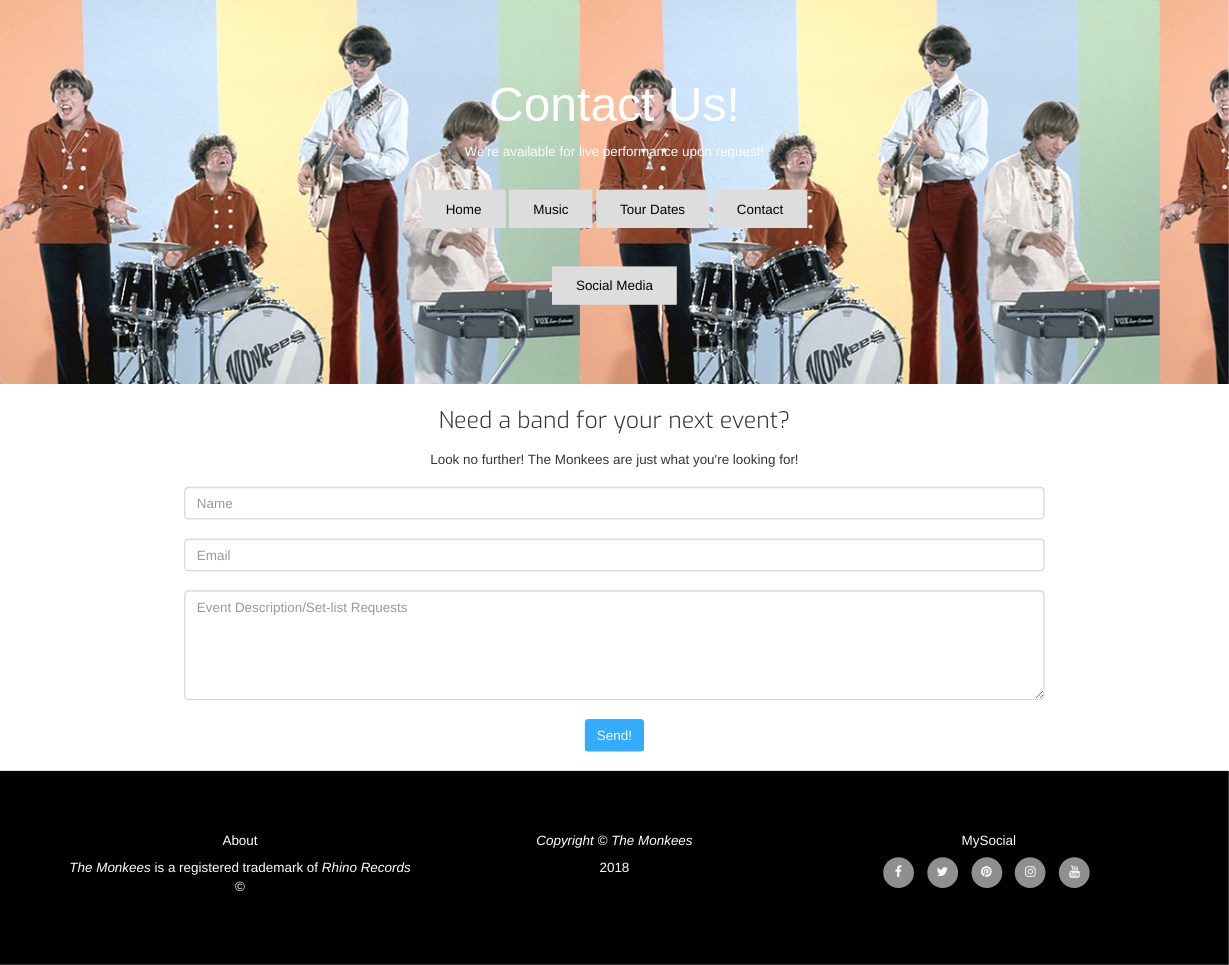
Repository: MartinCurran28/Monkees_Project
Page: Contact.html
The author's editor kept a record of every edit. The page is drawn from the files as they stood at one moment, then again after the next edit.
The browser window is 1280 px wide. The pictures show the whole page, at 96% of full size.
Some web libraries are served in a nearby version.

Above is the page before.

### Contact.html
<!DOCTYPE html>
<html>
    <head>
        <title>The Surfin' Grooves</title>
        <link rel="stylesheet" href="https://maxcdn.bootstrapcdn.com/bootstrap/3.3.7/css/bootstrap.min.css" type="text/css" />
        <link rel="stylesheet" href="https://maxcdn.bootstrapcdn.com/font-awesome/4.7.0/css/font-awesome.min.css" type="text/css" />
        <link rel="stylesheet" href="https://cdnjs.cloudflare.com/ajax/libs/hover.css/2.1.1/css/hover-min.css" type="text/css" />
        <link rel="stylesheet" href="Style.css" type="text/css" />
    </head>

<body>

  <header class="logo">
        <div class="hero-image">
          <div class="hero-text">
            <h1 style="font-size:50px">Contact Us!</h1>
              <p>We're available for live performance upon request!</p>
              <a href="Index.html">
                <button>Home</button>
              </a>
              <a href="Index.html">
                <button>Music</button>
              </a>
              <a href="Index.html">
                <button>Tour Dates</button>
              </a>
              <a href="Index.html">
                <button>Contact</button>
              </a>
              <a href="Social.html">
                  <button>Social Media</button>
              </a>
          </div>
        </div>
  </header>

  <section class="container-fluid">
        <div class="row bg-color-contact">
            <div>
                 <h3 class="contact-heading uppercase text-center">Need a band for your next event?</h3>
                 <h5 class="uppercase text-center">Look no further! The Monkees are just what you're looking for!</h5>
            </div>
            <div class="center-form">
              <form>
                <input type="text" name="name" class="form-control" id="fullname" placeholder="Name" required/>
                <input type="text" name="emailaddress" class="form-control" id="emailaddress" placeholder="Email" required/>
                <textarea rows="5" name="projectsummary" class="form-control" id="projectsummary" placeholder="Event Description/Set-list Requests" required></textarea>
                <button type="submit" class="btn btn-secondary center center-block">Send!</button>
              </form>
        </div>
      </section>
<footer>
  <div id="footer-details" class="row">
            <div class="col-sm-4">
                <h5 class="uppercase general-sub">About</h5>
                <p class="inline-block">
                     <i>The Monkees</i> is a registered trademark of <i>Rhino Records</i> &copy;
                </p>
            </div>
            <div class="col-sm-4">
                <h5 class="uppercase general-sub"><i>Copyright &copy; The Monkees</i></h5>
                <p class="inline-block">2018</p>
            </div>
            <div class="col-sm-4">
                <h5 class="uppercase general-sub">MySocial</h5>
                <p class="inline-block">
                    <ul class="list-inline social-links">
                        <li><a href="https://www.facebook.com/TheMonkees/" target="_blank" href="#"><i class= "fa fa-facebook" aria-hidden="true"></i></a></li>
                        <li><a href="https://twitter.com/themonkees?lang=en" target="_blank" href="#"><i class= "fa fa-twitter" aria-hidden="true"></i></a></li>
                        <li><a href="https://www.pinterest.ie/edwardelricfan/the-monkees/" target="_blank" href="#"><i class= "fa fa-pinterest" aria-hidden="true"></i></a></li>
                        <li><a href="https://www.instagram.com/themonkees/" target="_blank" href="#"><i class= "fa fa-instagram" aria-hidden="true"></i></a></li>
                        <li><a href="https://www.youtube.com/channel/UCv1oY0OLtsEySHeP1TkYNqA" target="_blank" href="#"><i class= "fa fa-youtube" aria-hidden="true"></i></a></li>
                    </ul>
                </p>
            </div>
        </div>
</footer>

### Style.css
@import url('https://fonts.googleapis.com/css?family=Roboto:100,200,300,400,500,600,700|Exo: 100,200,300,400,500,600,700');

/*---------------------------------------------------bg-color------------*/

.bg-color-monkee-history{
    background-color: #33ACFF;
}

.bg-color-tour{
    background-color: #808000;

}

/*---------------------------------------------------Header---------------*/

h1,h2,h3,h4{
    font-family: "cursive", sans-serif;
}

body, html {
    height: 100%;
    margin: 0;
}

.logo{
    background-image:url("fun.jpg");
    background-size: contain;
    position: relative;
    height: 600;
    width 400;
}

.hero-image {
  height: 50%;
  background-position: center;
  background-repeat: no-repeat;
  background-size: cover;
  position: relative;
}

.hero-text {
  text-align: center;
  position: absolute;
  top: 50%;
  left: 50%;
  transform: translate(-50%, -50%);
  color: white;
}

.hero-text button {
  border: none;
  outline: 0;
  display: inline-block;
  padding: 10px 25px;
  color: black;
  background-color: #ddd;
  text-align: center;
  cursor: pointer;
  margin-bottom: 20px;
  margin-top: 20px;
}

.hero-text button:hover {
  background-color: #555;
  color: white;

}

div.container {
    width: 100%;
    border: 1px solid gray;
}

header{
    padding: 200px;
    color: white;
    background-color: black;
    clear: left;
    text-align: center;
}

/*-----------------------------------------------------------------Music Gallery--*/

div.gallery {
    margin: 5px;
    border: 1px solid #ccc;
    float: left;
    width: 180px;
}

div.gallery:hover {
    border: 1px solid #777;
}

div.gallery img {
    width: 100%;
    height: auto;
}

div.desc {
    padding: 15px;
    text-align: center;
}

/*----------------------------------------------------------------------Work History*/

.timeline-item{
    padding: 4em 2em 0em 2em;
    position: relative;
    border-left: 1px solid;
}

.timeline-item p{
    padding:0;
    margin:0;
}

.timeline-item::before{
    content: attr(dates);
    position: absolute;
    left: 2.5em;
    top: 3em;
    display: block;
    font-family: "exo", sans-serif;
    font-weight: 500;
    font-size: .8em;
    padding: 0;
    margin: 0;
}

.timeline-item::after{
    width: 12px;
    height: 12px;
    display: block;
    top: 2.4em;
    position: absolute;
    left: -6px;
    border-radius: 12px;
    content: '';
    background:black;

}

.history-heading{
    color:#;
    margin-bottom: 50px;

}

.history-items{
    margin-bottom: 30px;
}

/*----------------------------------------------------------TourTable-------*/

.center{
    display: block;
    margin-left: auto;
    margin-right: auto
}

table {
    font-family: arial, sans-serif;
    border-collapse: collapse;
    width: 100%;
    margin-top: 20px;
    margin-bottom: 30px;
    margin-left: 20px;
    margin-right: 20px;
}

td, th {
    border: 1px solid #dddddd;
    text-align: left;
    padding: 8px;
}

tr:nth-child(even) {
    background-color: #dddddd;
}

/*----------------------------------------------------------------------Contact*/

.contact-heading{
    font-family: "Exo" ,sans-serif;
    font-weight: 300;
    margin-top: 25px;
    margin-bottom: 20px;


}

.center-form{
    padding-top: 10px;
    margin: 0 auto;
    max-width: 70%;

}

.form-control{
    float: left;
    margin-bottom: 20px;
}

button[type="submit"]{
    margin-top: 15px;
    margin-bottom: 20px;
    background-color: #33ACFF;
    color:#fafafa;
}


/*------------------------------------------------------------MusicPage-------*/

.row-music {
    display: flex;
    flex-wrap: wrap;
}

/* Create two unequal columns that sits next to each other */
/* Sidebar/left column */
.side {
    flex: 30%;
    background-color: #f1f1f1;
    padding: 20px;
}

/* Main column */
.main {
    flex: 70%;
    background-color: white;
    padding: 20px;
}

.fakeimg {
    background-color: #aaa;
    width: 100%;
    padding: 20px;
}

/* Footer */
.footer {
    padding: 20px;
    text-align: center;
    background: #ddd;
}

.iframe{
    margin-left: 50px;
    padding-left: 50px;
}

/* Responsive layout - when the screen is less than 700px wide, make the two columns stack on top of each other instead of next to each other */
@media (max-width: 700px) {
    .row, .navbar {
        flex-direction: column;
    }
}

.image-items{
    padding-top: 50px;
    padding-bottom: 20px;
    margin-left: 40px;
}

.audio{
    padding-top: 10px;
}

.audio-items{
    vertical-align: middle;
    margin-left: 50px;
}

.list-group{
    background-color: hidden;
}

.album-art{
    margin-left: 80px;
}


/*------------------------------------------------------------Article--------*/

article {
    margin-left: 500px;
    border-left: 1px solid gray;
    padding: 1em;
    overflow: hidden;
}

.who-are-we-icon{
    font-size: 26px;
    color: #338DFF;
}

/*------------------------------------------------------------Footer---------*/

footer{
    padding: 35px;
    color: white;
    background-color: black;
    clear: left;
    text-align: center;
}

.social-links{
    padding-bottom: 15px;

}

.social-links li a i{
    width: 32px;
    height: 32px;
    padding: 12px 0;
    border-radius: 50%;
    font-size: 13px;
    line-height: 7px;
    text-align: center;
    color: #fafafa;
    background: #8f8f8f;
    transition: all 0.35s ease-in-out;
    -moz-transition: all 0.35s ease-in-out;
    -webkit-transition: all 0.35s ease-in-out;
    -o-transition: all 0.35s ease-in-out;
}

.social-links fa fa-facebook li a i:hover {

    background:#3B5998;

}

.social-links fa fa-twitter li a i:hover {



    background:#e84610;

}

#footer-details{
    margin: 20px;
}

/*--------------------------------------------------------Media Queries----*/

After the next edit:
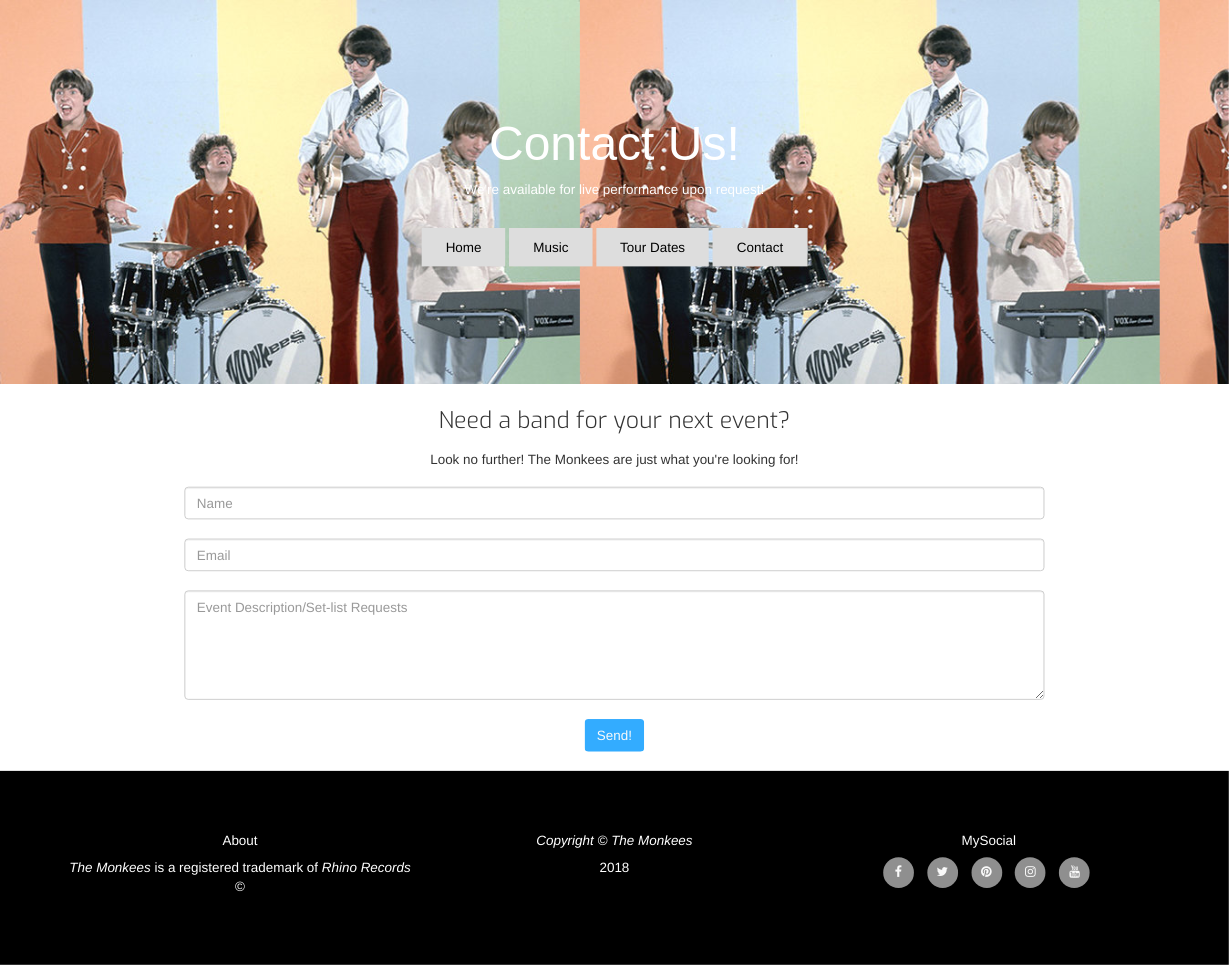
The edit:
--- a/Contact.html
+++ b/Contact.html
@@ -26,9 +26,6 @@
               </a>
               <a href="Index.html">
                 <button>Contact</button>
-              </a>
-              <a href="Social.html">
-                  <button>Social Media</button>
               </a>
           </div>
         </div>
